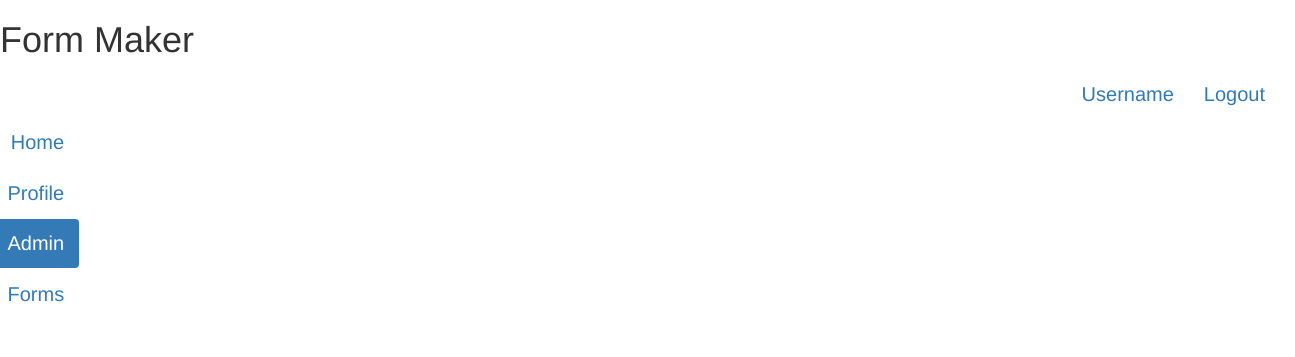
Repository: dishant8/Web-development
Page: public/WebDevWorkspace/Assignment1/WebContent/Css/Bootstrap/forms.html
An editor plug-in stored every save of this project. The page is shown before and after the next save, followed by the edit.
The browser window is 1280 px wide. The page is 1295 px wide, so the pictures cover 1295 px, including what lies to the right of the window. The pictures show the whole page.

Above is the page before, as saved 2015-10-01 01:37:15.

After the next save:
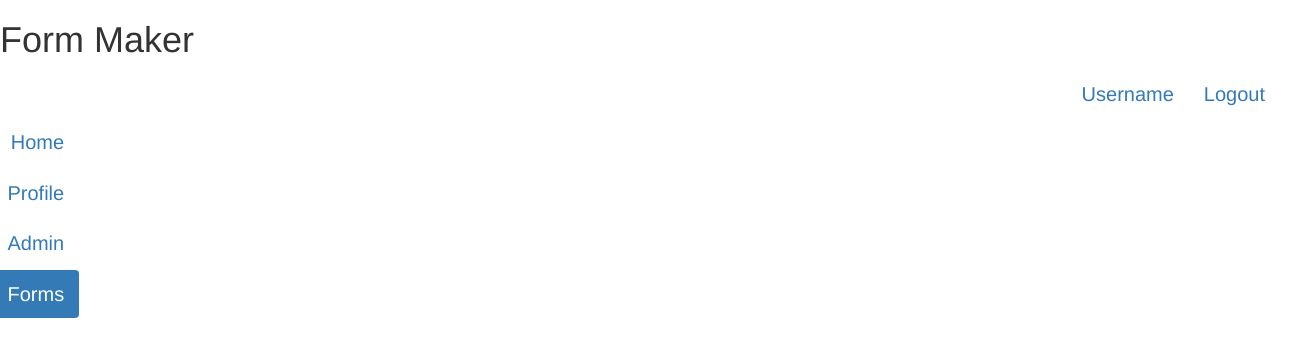
Saved 9 s later.
--- a/public/WebDevWorkspace/Assignment1/WebContent/Css/Bootstrap/forms.html
+++ b/public/WebDevWorkspace/Assignment1/WebContent/Css/Bootstrap/forms.html
@@ -30,7 +30,7 @@
 			<ul class="nav nav-pills nav-stacked">
 				<li role="presentation"><a href="home.html">Home</a></li>
 				<li role="presentation"><a href="profile.html">Profile</a></li>
-				<li role="presentation" class="active"><a href="admin.html">Admin</a></li>
-				<li role="presentation"><a href="forms.html">Forms</a></li>
+				<li role="presentation" ><a href="admin.html">Admin</a></li>
+				<li role="presentation" class="active"><a href="forms.html">Forms</a></li>
 			</ul>
 		</div>
